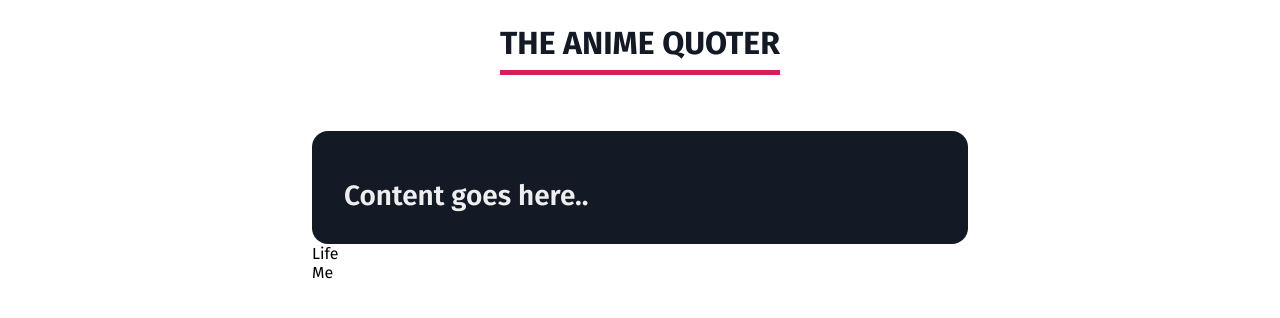
Repository: kate30980/quote-generator-vuejs
Page: /
These files come from the project's save history. The page is drawn as it stood at one moment and after the next save; the edit follows.
The browser window is 1280 px wide. The pictures show the whole page.
The project was rebuilt for these pictures with package versions that can differ from the ones it lists, and the page was loaded fresh each time.

Above is the page before, as saved 2021-08-24 11:57:06.

### public/index.html
<!DOCTYPE html>
<html lang="">

<head>
  <meta charset="utf-8">
  <meta http-equiv="X-UA-Compatible" content="IE=edge">
  <meta name="viewport" content="width=device-width,initial-scale=1.0">
  <link rel="icon" href="<%= BASE_URL %>favicon.ico">
  <title>
    <%= htmlWebpackPlugin.options.title %>
  </title>
  <link rel="preconnect" href="https://fonts.googleapis.com">
  <link rel="preconnect" href="https://fonts.gstatic.com" crossorigin>
  <link href="https://fonts.googleapis.com/css2?family=Fira+Sans:wght@300;400;600;700&display=swap" rel="stylesheet">
</head>

<body>
  <noscript>
    <strong>We're sorry but <%= htmlWebpackPlugin.options.title %> doesn't work properly without JavaScript enabled.
        Please enable it to continue.</strong>
  </noscript>
  <div id="app"></div>
  <!-- built files will be auto injected -->
</body>

</html>

### src/App.vue
<template>
  <div class="app">
    <Header title="The Anime Quoter" />
    <Quote />
  </div>
</template>

<script>

import Header from './components/Header.vue';
import Quote from './components/Quote.vue'

export default {
  name: 'App',
  components: {
    Header,
    Quote
  }
}
</script>

<style Lang="sass">
:root{
  --primary: #D81E58;
  --secondary: #8A4FFF;
  --tertiary: #32CBDD;
  --dark: #131A26;
  --light: #EEE;
  --grey: #848484;
}
*{
  margin: 0;
  padding: 0;
  box-sizing: border-box;
  font-family: 'Fira Sans', sans-serif;
}
</style>

### src/components/Header.vue
<template>
    <header>
        <h1>{{ title }}</h1>
    </header>
</template>

<script>
export default {
  props: ['title']
}
</script>


<style Lang="sass" scoped>
header{
    padding: 24px 32px;
    display: flex;
    justify-content: center;
}
h1{
    font-size: 32px;
    color: var(--dark);
    font-weight: 700;
    text-align: center;
    text-transform: uppercase;
    padding-bottom: 8px;
    border-bottom: 5px solid var(--primary);

}
</style>

### src/components/Quote.vue
<template>
  <section class="quote">
      <div class="quote-content">
          Content goes here..
      </div>
      <div class="quote-info">
        <div class="quote-anime">
            Life
        </div>
        <div class="quote-author">
            Me
        </div>
      </div>
  </section>
</template>

<script>
export default {
  props: ['quote']
}
</script>


<style Lang="sass" scoped>
.quote{
    position: relative;
    margin: 0 auto;
    padding: 32px;
    max-width: 720px;
}
.quote-content{
    position: relative;
    font-size: 28px;
    font-weight: 600;
    background-color: var(--dark);
    color: var(--light);
    padding: 48px 32px 32px;
    border-radius:16px;
}
</style>

Loaded but not shown: src/main.js (common file)

After the next save:
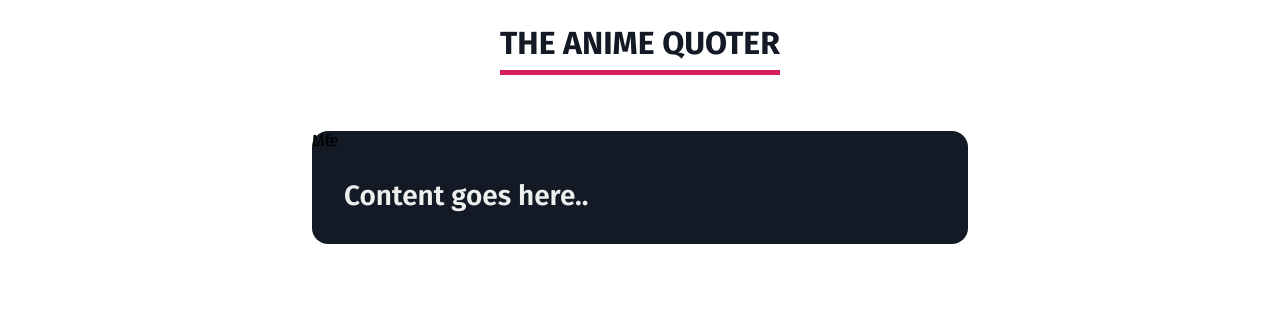
Saved 111 s later.
--- a/src/components/Quote.vue
+++ b/src/components/Quote.vue
@@ -37,4 +37,12 @@ export default {
     padding: 48px 32px 32px;
     border-radius:16px;
 }
+.quote-info{
+    position: absolute;
+    top: 0;left: 0;right: 0;bottom: 0;
+    padding: 32px;
+}
+.quote-author,.quote-anime{
+    position: absolute;
+}
 </style>
